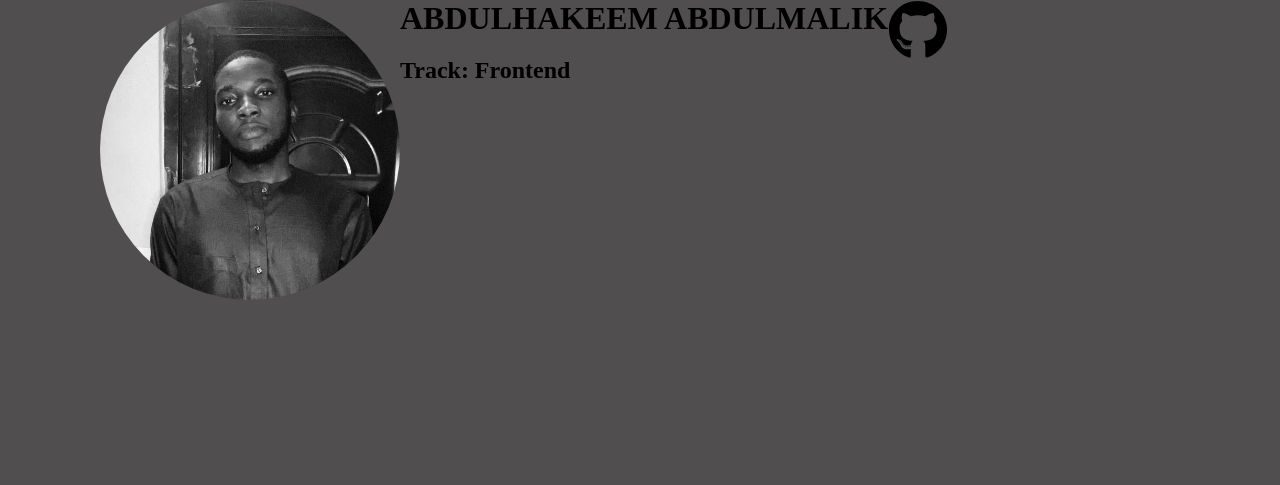
Repository: malikhakeem/HNG-TASK
Page: HNG-TASK1.html
These files come from the project's save history. The page is drawn as it stood at one moment and after the next save; the edit follows.
The browser window is 1280 px wide. The pictures show the whole page.

Above is the page before, as saved 2023-09-08 21:56:38.

### HNG-TASK1.html
<!DOCTYPE html>
<html lang="en">

<head>
    <meta charset="UTF-8">
    <meta name="viewport" content="width=device-width, initial-scale=1.0">

    <link rel="stylesheet" href="./HNG-TASK!.css">
    <title>HNG</title>
</head>

<body>
    <div class="body">
        <div class="nav">
            <div class="nav-left"><img data-testId="slackDisplayImage" class="profile-pic" src="./pic/kim.jpg"alt="Malik" /></div>
            <div class="nav-mid">
                <div class="slack-name">
                    <h1>ABDULHAKEEM ABDULMALIK</h1>
                </div>
                <div data-testId="myTrack"class="track">
                    <h2>Track: Frontend</h2>
                </div>
            </div>
            <div data-testId="slackUserName" class="nav-right">
                <a href="link address"><img src="./pic//github.svg" width="60" height="60"></a>
            </div>

        </div>
    </div>

</body>

</html>

### HNG-TASK!.css
*{
    padding:0px;
    margin:0px;

}

.profile-pic{
    width:300px;
    height:300px;
    border-radius: 50%;
}
.nav{
    display:flex;

    justify-content: space-between;
    padding: 0px 100px 0px 100px;
}

.track{
    padding-top: 20px;
}

body{
    display:flex;

    align-items:center;
    background-color:rgb(80, 78, 78);
}

After the next save:
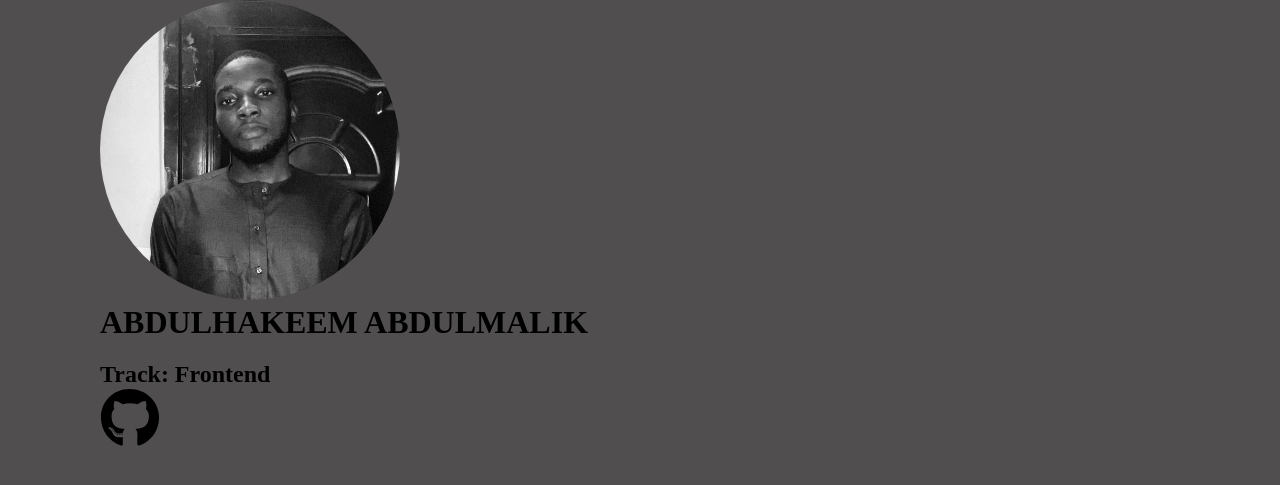
Saved 9 s later.
--- a/HNG-TASK!.css
+++ b/HNG-TASK!.css
@@ -10,9 +10,9 @@
     border-radius: 50%;
 }
 .nav{
-    display:flex;
+    /* display:flex;
 
-    justify-content: space-between;
+    justify-content: space-between; */
     padding: 0px 100px 0px 100px;
 }
 
